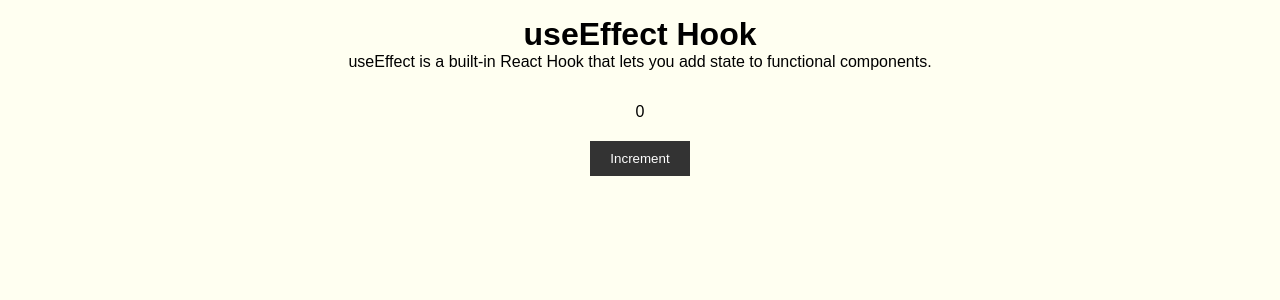
Repository: Muskan1Kumari4draw/React-app-with-concept
Page: /
The author's editor kept a copy of each file at every save. The page is drawn from the files as they stood at one save, then again after the next save.
The browser window is 1280 px wide. The pictures show the whole page.
The project was rebuilt for these pictures with package versions that can differ from the ones it lists, and the page was loaded fresh each time.

Above is the page before, as saved 2024-10-02 11:40:45.

After the next save:
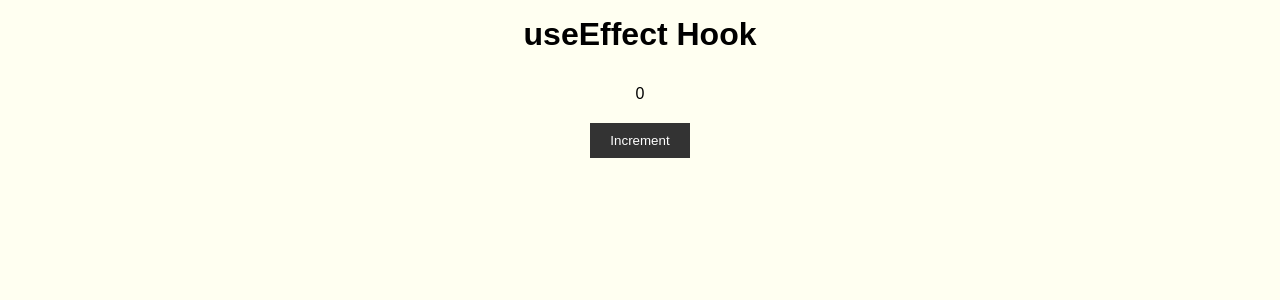
Saved 9 s later.
--- a/src/component/Hooke/UseEffect.js
+++ b/src/component/Hooke/UseEffect.js
@@ -8,10 +8,7 @@ const UseEffect = () => {
       <div className="container">
         <div className="para">
           <h1>useEffect Hook</h1>
-          <p>
-            useEffect is a built-in React Hook that lets you add state to
-            functional components.
-          </p>
+          <p></p>
         </div>
         <div className="container"></div>
         <p>{num}</p>
